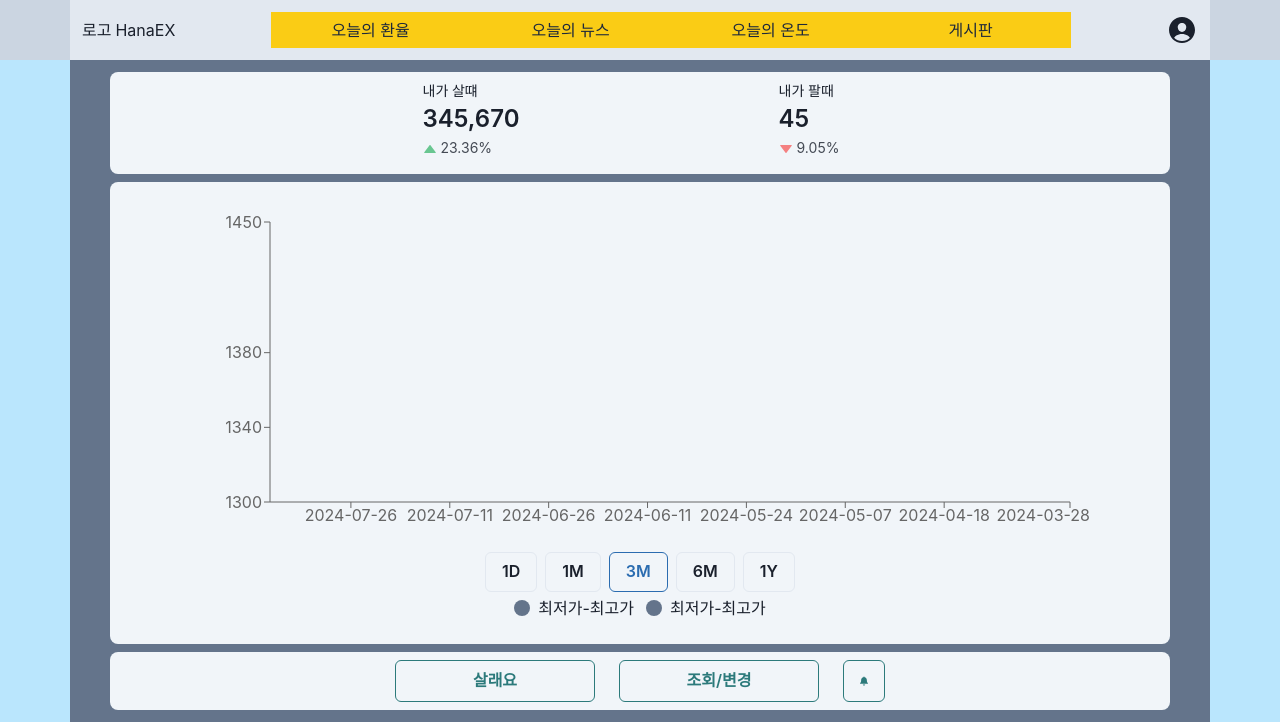
Repository: HANAEX/FRONT
Page: /MainPageDetail
The author's editor kept a copy of each file at every save. The page is drawn from the files as they stood at one save, then again after the next save.
The browser window is 1280 px wide. The pictures show the whole page.
The project was rebuilt for these pictures with package versions that can differ from the ones it lists, and the page was loaded fresh each time. Also part of the build but not shown: src/components/ChartCard.js, src/components/FlowText.js, src/pages/MainPage.js, src/pages/LoginPage.js, src/pages/MyPage.js, src/data/Server_Url.js, src/components/Toggle.js, src/components/SementicCard.js and 8 more.

Above is the page before, as saved 2024-08-14 10:18:29.

### src/App.js
import { BrowserRouter, Route, Routes } from 'react-router-dom';
import { ChakraProvider } from '@chakra-ui/react'
import MainPage from './pages/MainPage';
import LoginPage from './pages/LoginPage';
import MyPage from './pages/MyPage';
import SemanticPage from './pages/SemanticPage';
import NewsPage from './pages/NewsPage';
import BoardPage from './pages/BoardPage';
import AppOut from './AppOut';
import MainPageDetail from './pages/MainPageDetail';
import SemanticPageDetail from './pages/SemanticPageDetail';

function App() {
  return (
    <ChakraProvider>
    <BrowserRouter>
    <Routes>
      <Route path='/' element={<AppOut />}>
        <Route path='' element={<MainPage />} />
        <Route path="Login" element={<LoginPage />}/>
        <Route path="My" element={<MyPage />} />
        <Route path="Semantic" element={<SemanticPage />} />
        <Route path="News" element={<NewsPage />} />
        <Route path="Board" element={<BoardPage />} />
        <Route path="MainPageDetail" element={<MainPageDetail />} />
        <Route path="SemanticPageDetail" element={<SemanticPageDetail />} />
      </Route>
    </Routes>
    </BrowserRouter>
    </ChakraProvider>
  );
}

export default App;

### src/AppOut.js
import React from 'react'
import { Outlet } from 'react-router'
import NavBar from './components/NavBar'

const AppOut = () => {
  return (
    <>
      <div className='w-screen flex justify-center bg-slate-300'>
        <NavBar />
      </div>
      <div className='w-screen flex justify-center bg-sky-200'>
        <Outlet />
      </div>
    </>
  )
}

export default AppOut

### src/pages/MainPageDetail.js
import React, {useState} from "react";
import MainChart from "../components/MainChart";
import {
  Text,
  Stat,
  StatLabel,
  StatNumber,
  StatHelpText,
  StatArrow,
  Button,
  Modal,
  ModalOverlay,
  ModalContent,
  ModalHeader,
  ModalFooter,
  ModalCloseButton,
  useDisclosure,
} from "@chakra-ui/react";
import { FaBell } from "react-icons/fa";
import ExChangeInput from "../components/ExChangeInput";
import ToggleModal from '../components/ToggleModal';
const MainPageDetail = () => {
  const { isOpen, onOpen, onClose } = useDisclosure();
  const [selected, setSelected] = useState(true);
  const handleToggle = () => {
    setSelected(!selected);
  };
  return (
    <div className="w-[1140px] bg-slate-500 flex flex-col py-1 px-10">
      {/*살때 팔 때 */}
      <div className="w-full flex justify-center px-48 py-2 rounded-lg my-2 bg-slate-100">
        <Stat className="flex justify-center">
          <StatLabel>내가 살떄</StatLabel>
          <StatNumber>345,670</StatNumber>
          <StatHelpText>
            <StatArrow type="increase" />
            23.36%
          </StatHelpText>
        </Stat>

        <Stat className="flex justify-center">
          <StatLabel>내가 팔때</StatLabel>
          <StatNumber>45</StatNumber>
          <StatHelpText>
            <StatArrow type="decrease" />
            9.05%
          </StatHelpText>
        </Stat>
      </div>
      <div className="flex flex-col items-center bg-slate-100 rounded-lg py-5">
        {/* 메인 차트 */}
        <MainChart />
        {/* 최고가 최저가 */}
        <div className="flex gap-3 py-1">
          <div className="flex items-center gap-2">
            <div className="w-4 h-4 bg-slate-500 rounded-full"></div>
            <Text>최저가-최고가</Text>
          </div>
          <div className="flex items-center gap-2">
            <div className="w-4 h-4 bg-slate-500 rounded-full"></div>
            <Text>최저가-최고가</Text>
          </div>
        </div>
      </div>
      {/*구매 버튼 판매 버튼 */}
      <div className="flex justify-center py-2 bg-slate-100 gap-6 my-2 rounded-lg">
        <Button
          onClick={onOpen}
          colorScheme="teal"
          variant="outline"
          height="42px"
          width="200px"
        >
          살래요
        </Button>
        <Button
          colorScheme="teal"
          variant="outline"
          height="42px"
          width="200px"
        >
          조회/변경
        </Button>
        <Button colorScheme="teal" variant="outline" height="42px" width="42px">
          <FaBell size="40" />
        </Button>
      </div>

      {/* 모달 */}
      <Modal isOpen={isOpen} onClose={onClose}>
        <ModalOverlay />
        <ModalContent>
          <ModalHeader>Modal Title</ModalHeader>
          <div className='w-full flex justify-start'>
            <ToggleModal selected={selected} handleToggle={ handleToggle } direction={'center'}/>
          </div>
          <ModalCloseButton />
          <div className='p-4'>
            <ExChangeInput />

            <ModalFooter>
              <Button colorScheme="blue" mr={3} onClick={onClose}>
                Close
              </Button>
              <Button variant="ghost">Secondary Action</Button>
            </ModalFooter>
          </div>
        </ModalContent>
      </Modal>
    </div>
  );
};

export default MainPageDetail;

### src/css/style.css
#app {
  height: 100%;
}
html,
body {
  position: relative;
  height: 100%;
}
.swiper {
  width: 100%;
  height: 100%;
  margin-top: 20px;
}
.swiper-slide {
  text-align: center;
  font-size: 18px;
  background: transparent;

  /* Center slide text vertically */
  display: flex;
  justify-content: center;
  /* align-items: center; */
}

### src/components/NavBar.js
import React from 'react'
import Menu from './Menu'
import { IoPersonCircle } from "react-icons/io5";
import { Link } from 'react-router-dom';

const NavBar = () => {
  return (
    <nav className='w-[1140px] h-[60px] bg-slate-200'>
      <div name="nav-container" className='w-full h-full flex items-center justify-between p-3'>
        <div name='logobox' className='flex gap-1'>
          <div name='logo'>로고</div>
          <div name='title'>HanaEX</div>
        </div>
        <div name='menus'className='h-full flex items-center bg-yellow-400'>
          <Link to={"/"}><Menu menu_name="오늘의 환율"/></Link>
          <Link to={"/News"}><Menu menu_name="오늘의 뉴스"/></Link>
          <Link to={"/Semantic"}><Menu menu_name="오늘의 온도"/></Link>
          <Link to={"/Board"}><Menu menu_name="게시판"/></Link>
        </div>
        <Link to={"/My"}>
          <IoPersonCircle className='w-8 h-8'/>
        </Link>
      </div>
    </nav>
  )
}

export default NavBar

### src/components/MainChart.js
import { XAxis, YAxis, Area, Tooltip, Line, AreaChart } from 'recharts';
import { Button, ButtonGroup } from '@chakra-ui/react';

import React, { useState } from 'react'

// import { rangeData } from '../data/exchange';

const rangeData = [
  {
    "day": "2024-08-08",
    "price": [
      1400.48,
      1352.32
    ],
    "baserate": 1376.4
  },
  {
    "day": "2024-08-07",
    "price": [
      1396.21,
      1348.19
    ],
    "baserate": 1372.2
  },
  {
    "day": "2024-08-06",
    "price": [
      1384.41,
      1336.79
    ],
    "baserate": 1360.6
  },
  {
    "day": "2024-08-05",
    "price": [
      1396.82,
      1348.78
    ],
    "baserate": 1372.8
  },
  {
    "day": "2024-08-02",
    "price": [
      1389.8,
      1342
    ],
    "baserate": 1365.9
  },
  {
    "day": "2024-08-01",
    "price": [
      1404.25,
      1355.95
    ],
    "baserate": 1380.1
  },
  {
    "day": "2024-07-31",
    "price": [
      1408.83,
      1360.37
    ],
    "baserate": 1384.6
  },
  {
    "day": "2024-07-30",
    "price": [
      1406.18,
      1357.82
    ],
    "baserate": 1382.0
  },
  {
    "day": "2024-07-29",
    "price": [
      1409.64,
      1361.16
    ],
    "baserate": 1385.4
  },
  {
    "day": "2024-07-26",
    "price": [
      1409.64,
      1361.16
    ],
    "baserate": 1385.4
  },
  {
    "day": "2024-07-25",
    "price": [
      1409.33,
      1360.87
    ],
    "baserate": 1385.1
  },
  {
    "day": "2024-07-24",
    "price": [
      1409.33,
      1360.87
    ],
    "baserate": 1385.1
  },
  {
    "day": "2024-07-23",
    "price": [
      1412.9,
      1364.3
    ],
    "baserate": 1388.6
  },
  {
    "day": "2024-07-22",
    "price": [
      1410.86,
      1362.34
    ],
    "baserate": 1386.6
  },
  {
    "day": "2024-07-19",
    "price": [
      1404.04,
      1355.76
    ],
    "baserate": 1379.9
  },
  {
    "day": "2024-07-18",
    "price": [
      1405.67,
      1357.33
    ],
    "baserate": 1381.5
  },
  {
    "day": "2024-07-17",
    "price": [
      1410.25,
      1361.75
    ],
    "baserate": 1386.0
  },
  {
    "day": "2024-07-16",
    "price": [
      1406.08,
      1357.72
    ],
    "baserate": 1381.9
  },
  {
    "day": "2024-07-15",
    "price": [
      1400.38,
      1352.22
    ],
    "baserate": 1376.3
  },
  {
    "day": "2024-07-12",
    "price": [
      1404.25,
      1355.95
    ],
    "baserate": 1380.1
  },
  {
    "day": "2024-07-11",
    "price": [
      1409.84,
      1361.36
    ],
    "baserate": 1385.6
  },
  {
    "day": "2024-07-10",
    "price": [
      1407.6,
      1359.2
    ],
    "baserate": 1383.4
  },
  {
    "day": "2024-07-09",
    "price": [
      1403.53,
      1355.27
    ],
    "baserate": 1379.4
  },
  {
    "day": "2024-07-08",
    "price": [
      1403.13,
      1354.87
    ],
    "baserate": 1379.0
  },
  {
    "day": "2024-07-05",
    "price": [
      1406.08,
      1357.72
    ],
    "baserate": 1381.9
  },
  {
    "day": "2024-07-04",
    "price": [
      1413.71,
      1365.09
    ],
    "baserate": 1389.4
  },
  {
    "day": "2024-07-03",
    "price": [
      1411.67,
      1363.13
    ],
    "baserate": 1387.4
  },
  {
    "day": "2024-07-02",
    "price": [
      1404.96,
      1356.64
    ],
    "baserate": 1380.8
  },
  {
    "day": "2024-07-01",
    "price": [
      1406.59,
      1358.21
    ],
    "baserate": 1382.4
  },
  {
    "day": "2024-06-28",
    "price": [
      1413.51,
      1364.89
    ],
    "baserate": 1389.2
  },
  {
    "day": "2024-06-27",
    "price": [
      1414.42,
      1365.78
    ],
    "baserate": 1390.1
  },
  {
    "day": "2024-06-26",
    "price": [
      1410.66,
      1362.14
    ],
    "baserate": 1386.4
  },
  {
    "day": "2024-06-25",
    "price": [
      1414.01,
      1365.39
    ],
    "baserate": 1389.7
  },
  {
    "day": "2024-06-24",
    "price": [
      1413.4,
      1364.8
    ],
    "baserate": 1389.1
  },
  {
    "day": "2024-06-21",
    "price": [
      1408.01,
      1359.59
    ],
    "baserate": 1383.8
  },
  {
    "day": "2024-06-20",
    "price": [
      1404.96,
      1356.64
    ],
    "baserate": 1380.8
  },
  {
    "day": "2024-06-19",
    "price": [
      1404.65,
      1356.35
    ],
    "baserate": 1380.5
  },
  {
    "day": "2024-06-18",
    "price": [
      1404.55,
      1356.25
    ],
    "baserate": 1380.4
  },
  {
    "day": "2024-06-17",
    "price": [
      1401.8,
      1353.6
    ],
    "baserate": 1377.7
  },
  {
    "day": "2024-06-14",
    "price": [
      1394.99,
      1347.01
    ],
    "baserate": 1371.0
  },
  {
    "day": "2024-06-13",
    "price": [
      1401.91,
      1353.69
    ],
    "baserate": 1377.8
  },
  {
    "day": "2024-06-12",
    "price": [
      1401.5,
      1353.3
    ],
    "baserate": 1377.4
  },
  {
    "day": "2024-06-11",
    "price": [
      1402.01,
      1353.79
    ],
    "baserate": 1377.9
  },
  {
    "day": "2024-06-10",
    "price": [
      1390.82,
      1342.98
    ],
    "baserate": 1366.9
  },
  {
    "day": "2024-06-07",
    "price": [
      1395.5,
      1347.5
    ],
    "baserate": 1371.5
  },
  {
    "day": "2024-06-05",
    "price": [
      1397.12,
      1349.08
    ],
    "baserate": 1373.1
  },
  {
    "day": "2024-06-04",
    "price": [
      1401.7,
      1353.5
    ],
    "baserate": 1377.6
  },
  {
    "day": "2024-06-03",
    "price": [
      1405.77,
      1357.43
    ],
    "baserate": 1381.6
  },
  {
    "day": "2024-05-31",
    "price": [
      1400.58,
      1352.42
    ],
    "baserate": 1376.5
  },
  {
    "day": "2024-05-30",
    "price": [
      1388.68,
      1340.92
    ],
    "baserate": 1364.8
  },
  {
    "day": "2024-05-29",
    "price": [
      1383.29,
      1335.71
    ],
    "baserate": 1359.5
  },
  {
    "day": "2024-05-28",
    "price": [
      1389.29,
      1341.51
    ],
    "baserate": 1365.4
  },
  {
    "day": "2024-05-27",
    "price": [
      1393.97,
      1346.03
    ],
    "baserate": 1370.0
  },
  {
    "day": "2024-05-24",
    "price": [
      1388.37,
      1340.63
    ],
    "baserate": 1364.5
  },
  {
    "day": "2024-05-22",
    "price": [
      1388.27,
      1340.53
    ],
    "baserate": 1364.4
  },
  {
    "day": "2024-05-21",
    "price": [
      1379.93,
      1332.47
    ],
    "baserate": 1356.2
  },
  {
    "day": "2024-05-20",
    "price": [
      1378.91,
      1331.49
    ],
    "baserate": 1355.2
  },
  {
    "day": "2024-05-17",
    "price": [
      1373.01,
      1325.79
    ],
    "baserate": 1349.4
  },
  {
    "day": "2024-05-16",
    "price": [
      1392.95,
      1345.05
    ],
    "baserate": 1369.0
  },
  {
    "day": "2024-05-14",
    "price": [
      1394.07,
      1346.13
    ],
    "baserate": 1370.1
  },
  {
    "day": "2024-05-13",
    "price": [
      1391.83,
      1343.97
    ],
    "baserate": 1367.9
  },
  {
    "day": "2024-05-10",
    "price": [
      1391.83,
      1343.97
    ],
    "baserate": 1367.9
  },
  {
    "day": "2024-05-09",
    "price": [
      1388.27,
      1340.53
    ],
    "baserate": 1364.4
  },
  {
    "day": "2024-05-08",
    "price": [
      1381.56,
      1334.04
    ],
    "baserate": 1357.8
  },
  {
    "day": "2024-05-07",
    "price": [
      1389.09,
      1341.31
    ],
    "baserate": 1365.2
  },
  {
    "day": "2024-05-03",
    "price": [
      1402.62,
      1354.38
    ],
    "baserate": 1378.5
  },
  {
    "day": "2024-05-02",
    "price": [
      1402.11,
      1353.89
    ],
    "baserate": 1378.0
  },
  {
    "day": "2024-04-30",
    "price": [
      1402.82,
      1354.58
    ],
    "baserate": 1378.7
  },
  {
    "day": "2024-04-29",
    "price": [
      1399.97,
      1351.83
    ],
    "baserate": 1375.9
  },
  {
    "day": "2024-04-26",
    "price": [
      1400.69,
      1352.51
    ],
    "baserate": 1376.6
  },
  {
    "day": "2024-04-25",
    "price": [
      1393.97,
      1346.03
    ],
    "baserate": 1370.0
  },
  {
    "day": "2024-04-24",
    "price": [
      1402.01,
      1353.79
    ],
    "baserate": 1377.9
  },
  {
    "day": "2024-04-23",
    "price": [
      1404.76,
      1356.44
    ],
    "baserate": 1380.6
  },
  {
    "day": "2024-04-22",
    "price": [
      1409.23,
      1360.77
    ],
    "baserate": 1385.0
  },
  {
    "day": "2024-04-19",
    "price": [
      1399.97,
      1351.83
    ],
    "baserate": 1375.9
  },
  {
    "day": "2024-04-18",
    "price": [
      1410.56,
      1362.04
    ],
    "baserate": 1386.3
  },
  {
    "day": "2024-04-17",
    "price": [
      1419.71,
      1370.89
    ],
    "baserate": 1395.3
  },
  {
    "day": "2024-04-16",
    "price": [
      1407.91,
      1359.49
    ],
    "baserate": 1383.7
  },
  {
    "day": "2024-04-15",
    "price": [
      1395.6,
      1347.6
    ],
    "baserate": 1371.6
  },
  {
    "day": "2024-04-12",
    "price": [
      1387.56,
      1339.84
    ],
    "baserate": 1363.7
  },
  {
    "day": "2024-04-11",
    "price": [
      1378.1,
      1330.7
    ],
    "baserate": 1354.4
  },
  {
    "day": "2024-04-09",
    "price": [
      1377.28,
      1329.92
    ],
    "baserate": 1353.6
  },
  {
    "day": "2024-04-08",
    "price": [
      1375.45,
      1328.15
    ],
    "baserate": 1351.8
  },
  {
    "day": "2024-04-05",
    "price": [
      1370.36,
      1323.24
    ],
    "baserate": 1346.8
  },
  {
    "day": "2024-04-04",
    "price": [
      1372.7,
      1325.5
    ],
    "baserate": 1349.1
  },
  {
    "day": "2024-04-03",
    "price": [
      1376.67,
      1329.33
    ],
    "baserate": 1353.0
  },
  {
    "day": "2024-04-02",
    "price": [
      1370.67,
      1323.53
    ],
    "baserate": 1347.1
  },
  {
    "day": "2024-04-01",
    "price": [
      1370.97,
      1323.83
    ],
    "baserate": 1347.4
  },
  {
    "day": "2024-03-29",
    "price": [
      1370.36,
      1323.24
    ],
    "baserate": 1346.8
  },
  {
    "day": "2024-03-28",
    "price": [
      1369.35,
      1322.25
    ],
    "baserate": 1345.8
  },
  {
    "day": "2024-03-27",
    "price": [
      1362.02,
      1315.18
    ],
    "baserate": 1338.6
  },
  {
    "day": "2024-03-26",
    "price": [
      1364.16,
      1317.24
    ],
    "baserate": 1340.7
  },
  {
    "day": "2024-03-25",
    "price": [
      1359.48,
      1312.72
    ],
    "baserate": 1336.1
  },
  {
    "day": "2024-03-22",
    "price": [
      1349.51,
      1303.09
    ],
    "baserate": 1326.3
  },
  {
    "day": "2024-03-21",
    "price": [
      1362.12,
      1315.28
    ],
    "baserate": 1338.7
  },
  {
    "day": "2024-03-20",
    "price": [
      1361.92,
      1315.08
    ],
    "baserate": 1338.5
  },
  {
    "day": "2024-03-19",
    "price": [
      1356.32,
      1309.68
    ],
    "baserate": 1333.0
  },
  {
    "day": "2024-03-18",
    "price": [
      1351.64,
      1305.16
    ],
    "baserate": 1328.4
  },
  {
    "day": "2024-03-15",
    "price": [
      1339.94,
      1293.86
    ],
    "baserate": 1316.9
  },
  {
    "day": "2024-03-14",
    "price": [
      1335.77,
      1289.83
    ],
    "baserate": 1312.8
  },
  {
    "day": "2024-03-13",
    "price": [
      1334.04,
      1288.16
    ],
    "baserate": 1311.1
  },
  {
    "day": "2024-03-12",
    "price": [
      1337.4,
      1291.4
    ],
    "baserate": 1314.4
  },
  {
    "day": "2024-03-11",
    "price": [
      1346.25,
      1299.95
    ],
    "baserate": 1323.1
  },
  {
    "day": "2024-03-08",
    "price": [
      1352.86,
      1306.34
    ],
    "baserate": 1329.6
  },
  {
    "day": "2024-03-07",
    "price": [
      1359.07,
      1312.33
    ],
    "baserate": 1335.7
  },
  {
    "day": "2024-03-06",
    "price": [
      1356.53,
      1309.87
    ],
    "baserate": 1333.2
  },
  {
    "day": "2024-03-05",
    "price": [
      1353.37,
      1306.83
    ],
    "baserate": 1330.1
  }
]

const processedData = rangeData.map(entry => ({
  day: entry.day,
  priceHigh: entry.price[0],
  priceLow: entry.price[1],
  baserate: entry.baserate
}));

const MainChart = () => {

  const [timeRange, setTimeRange] = useState('3M');

  const filterData = (range) => {
    switch (range) {
      case '1D':
        return rangeData.slice(0, 1);
      case '1M':
        return rangeData.slice(0, 30);
      case '3M':
        return rangeData.slice(0, 90);
      case '6M':
        return rangeData.slice(0, 180);
      case '1Y':
        return rangeData;
      default:
        return rangeData;
    }
  }
  const filtered_rangeData = filterData(timeRange);

  return (
    <div>
      <div>
        {console.log(rangeData)}
        {/* <AreaChart
          width={900}
          height={350}
          data={filtered_rangeData}
          margin={{
            top: 20, right: 20, bottom: 20, left: 20,
          }}
        >
          <XAxis dataKey="day" />
          <YAxis domain={[1300, 1450]}/>
          <Area dataKey="price" stroke="#8884d8" fill="#8884d8" />
          <Tooltip />
        </AreaChart> */}
        {/* <AreaChart
          width={900}
          height={350}
          data={filtered_rangeData}
          margin={{
            top: 20, right: 20, bottom: 20, left: 20,
          }}
        >
          <XAxis dataKey="day" />
          <YAxis domain={[1300, 1450]} />

          <Area dataKey="price" stroke="#8884d8" fill="#8884d8" />
          <Line type="monotone" dataKey="baserate" stroke="#ff7300" dot={true} activeDot={{ r: 8 }} />
          <Tooltip />
        </AreaChart> */}
        <AreaChart
          width={900}
          height={350}
          data={filtered_rangeData}
          margin={{
            top: 20, right: 20, bottom: 20, left: 20,
          }}
        >
          <XAxis dataKey="day" />
          <YAxis domain={[1300, 1450]} />
          <Tooltip />

          {/* 개별 가격 데이터를 사용하여 AreaChart 생성 */}
          <Area type="monotone" dataKey="priceHigh" stroke="#8884d8" fill="#8884d8" name="High Price" />
          <Area type="monotone" dataKey="priceLow" stroke="#82ca9d" fill="#82ca9d" name="Low Price" />

          {/* baserate 데이터를 사용하여 LineChart 추가 */}
          <Line type="monotone" dataKey="baserate" stroke="#ff7300" dot={true} activeDot={{ r: 8 }} name="Base Rate" />
        </AreaChart>
      </div>
      <div className='w-full flex justify-center items-center'>
        <ButtonGroup variant="outline">
        <Button
            colorScheme={timeRange === '1D' ? 'blue' : 'gray'}
            onClick={() => setTimeRange('1D')}
          >
            1D
          </Button>
          <Button
            colorScheme={timeRange === '1M' ? 'blue' : 'gray'}
            onClick={() => setTimeRange('1M')}
          >
            1M
          </Button>
          <Button
            colorScheme={timeRange === '3M' ? 'blue' : 'gray'}
            onClick={() => setTimeRange('3M')}
          >
            3M
          </Button>
          <Button
            colorScheme={timeRange === '6M' ? 'blue' : 'gray'}
            onClick={() => setTimeRange('6M')}
          >
            6M
          </Button>
          <Button
            colorScheme={timeRange === '1Y' ? 'blue' : 'gray'}
            onClick={() => setTimeRange('1Y')}
          >
            1Y
          </Button>
        </ButtonGroup>
      </div>
    </div>
  )
}

export default MainChart

### src/components/Menu.js
import React from 'react'

const Menu = ({menu_name}) => {
  return (
    <div className='w-[200px] h-10 text-center rounded-full text-slate-800 leading-10 hover:bg-slate-700 hover:text-slate-50 transition duration-150 ease-in-out'>
      {menu_name}
    </div>
  )
}

export default Menu

Loaded but not shown: public/index.html (common file); src/index.js (common file); src/index.css (common file); src/reportWebVitals.js (common file); tailwind.config.js (common file)

After the next save:
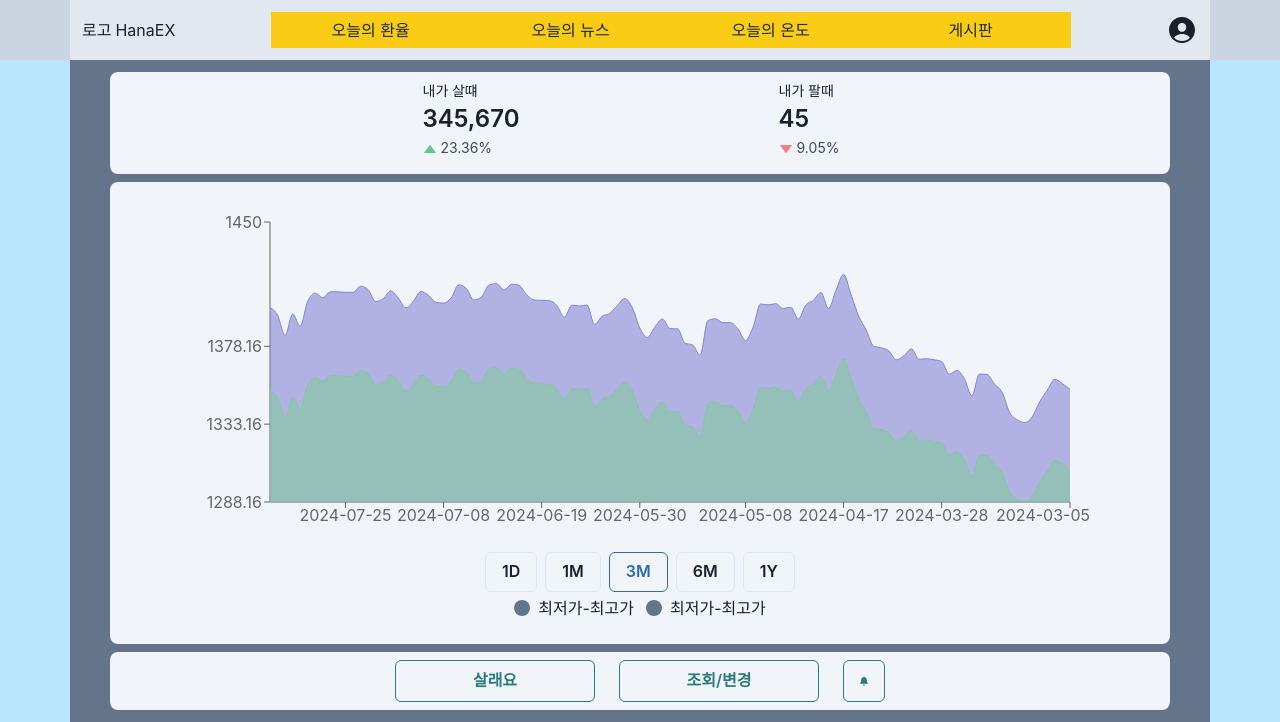
Saved 19 s later.
--- a/src/components/MainChart.js
+++ b/src/components/MainChart.js
@@ -928,7 +928,7 @@
         <AreaChart
           width={900}
           height={350}
-          data={filtered_rangeData}
+          data={processedData}
           margin={{
             top: 20, right: 20, bottom: 20, left: 20,
           }}
